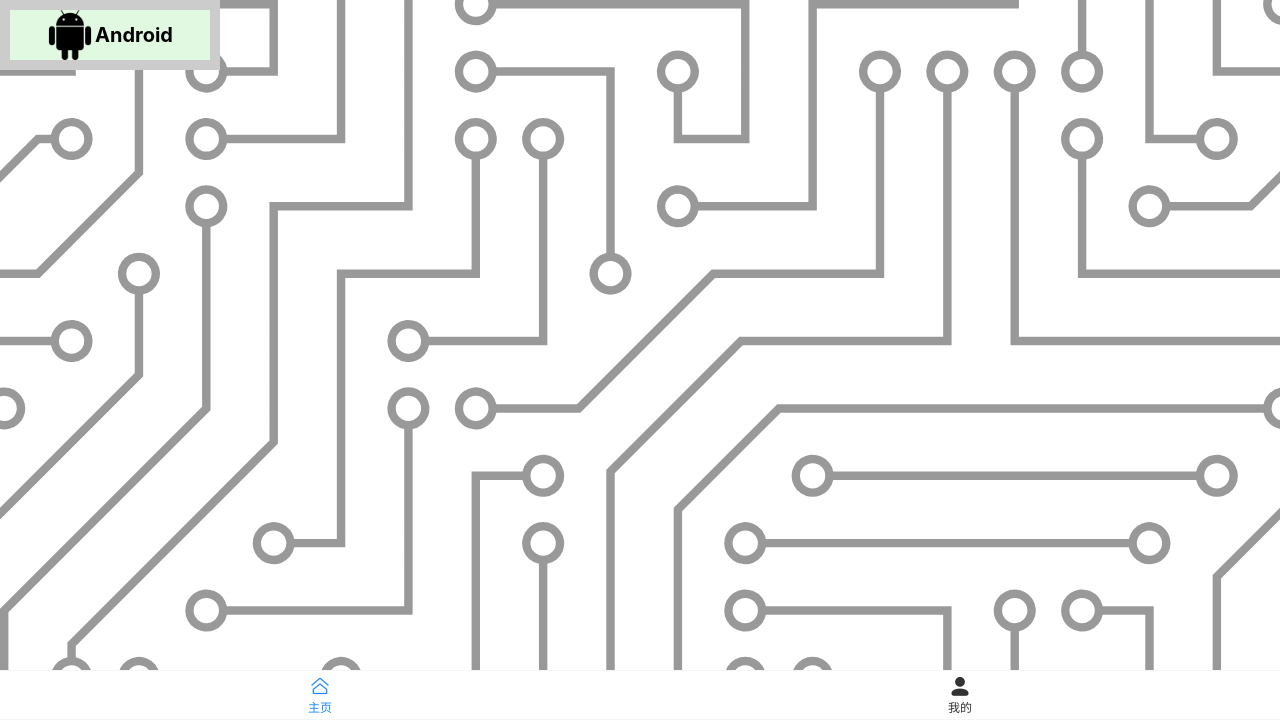
Repository: Qwenicq/new_sys
Page: / (app in new-syws/)
The author's editor kept a copy of each file at every save. The page is drawn from the files as they stood at one save, then again after the next save.
The browser window is 1280 px wide. The pictures show the whole page.
The project was rebuilt for these pictures with package versions that can differ from the ones it lists, and the page was loaded fresh each time. Also part of the build but not shown: new-syws/vite.config.js, new-syws/src/components/user.vue.

Above is the page before, as saved 2024-01-26 16:06:46.

### new-syws/src/router/index.js
import { createRouter, createWebHistory } from 'vue-router'

const router = createRouter({
  history: createWebHistory(import.meta.env.BASE_URL),
  routes: [
    { path: '/login', component: () => import('@/views/login/LoginPage.vue') },
    {
      path: '/',
      component: () => import('@/views/layout/LayoutPage.vue'),
      redirect: '/index/content',
      children: [
        {
          path: '/index/content',
          component: () => import('@/views/layout/LayContain.vue')
        },
        {
          path: '/index/user',
          component: () => import('@/views/user/UserPage.vue')
        }
      ]
    },
    {
      path: '/android',
      component: () => import('@/views/detail/AndroidPage.vue')
    },
    { path: '/ios', component: () => import('@/views/detail/IosPage.vue') },
    { path: '/lab', component: () => import('@/views/detail/LabPage.vue') },
    {
      path: '/server',
      component: () => import('@/views/detail/ServerPage.vue')
    },
    { path: '/web', component: () => import('@/views/detail/WebPage.vue') }
  ]
})

export default router

### new-syws/src/views/layout/LayoutPage.vue
<script setup></script>

<template>
  <router-view></router-view>
  <van-tabbar v-model="active">
    <van-tabbar-item to="/index/content" icon="home-o">主页</van-tabbar-item>
    <van-tabbar-item to="/index/user" icon="contact">我的</van-tabbar-item>
  </van-tabbar>
</template>

<style scoped></style>

### new-syws/src/views/layout/LayContain.vue
<script setup></script>

<template>
  <div class="BGC">
    <div class="partbtn">
      <img src="@/assets/android.png" />
      <p>Android</p>
    </div>
  </div>
</template>

<style scoped>
.BGC {
  background-size: cover;
  height: 100vh;
  background-color: #ffffff;
  background-image: url("data:[embedded picture, 5329 characters]");
}
.partbtn {
  background-color: #e1f8e1;
  display: flex;
  flex-direction: row; /* 将子元素垂直排列 */
  align-items: center; /* 在交叉轴上居中，垂直居中 */
  text-align: center; /* 在主轴上居中，水平居中 */
  width: 200px;
  border: 10px solid #ccc;
}
p {
  margin: 0;
  display: inline-block;
  height: 50px;
  font-size: 20px;
  line-height: 50px;
  font-weight: 700;
}
img {
  width: 50px;
  height: 50px;
  margin-left: 35px;
}
</style>

Loaded but not shown: new-syws/index.html (common file); new-syws/src/main.js (common file); new-syws/src/App.vue (common file)

After the next save:
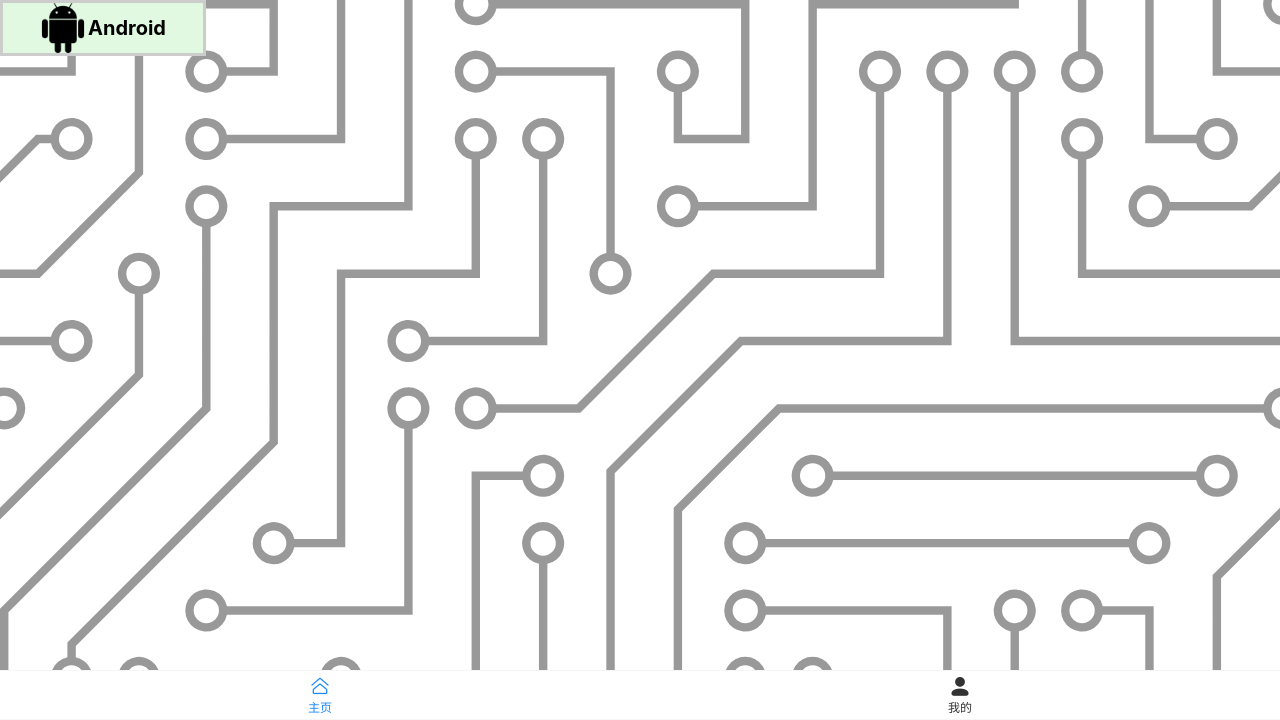
Saved 6 s later.
--- a/new-syws/src/views/layout/LayContain.vue
+++ b/new-syws/src/views/layout/LayContain.vue
@@ -23,7 +23,7 @@
   align-items: center; /* 在交叉轴上居中，垂直居中 */
   text-align: center; /* 在主轴上居中，水平居中 */
   width: 200px;
-  border: 10px solid #ccc;
+  border: 3px solid #ccc;
 }
 p {
   margin: 0;
